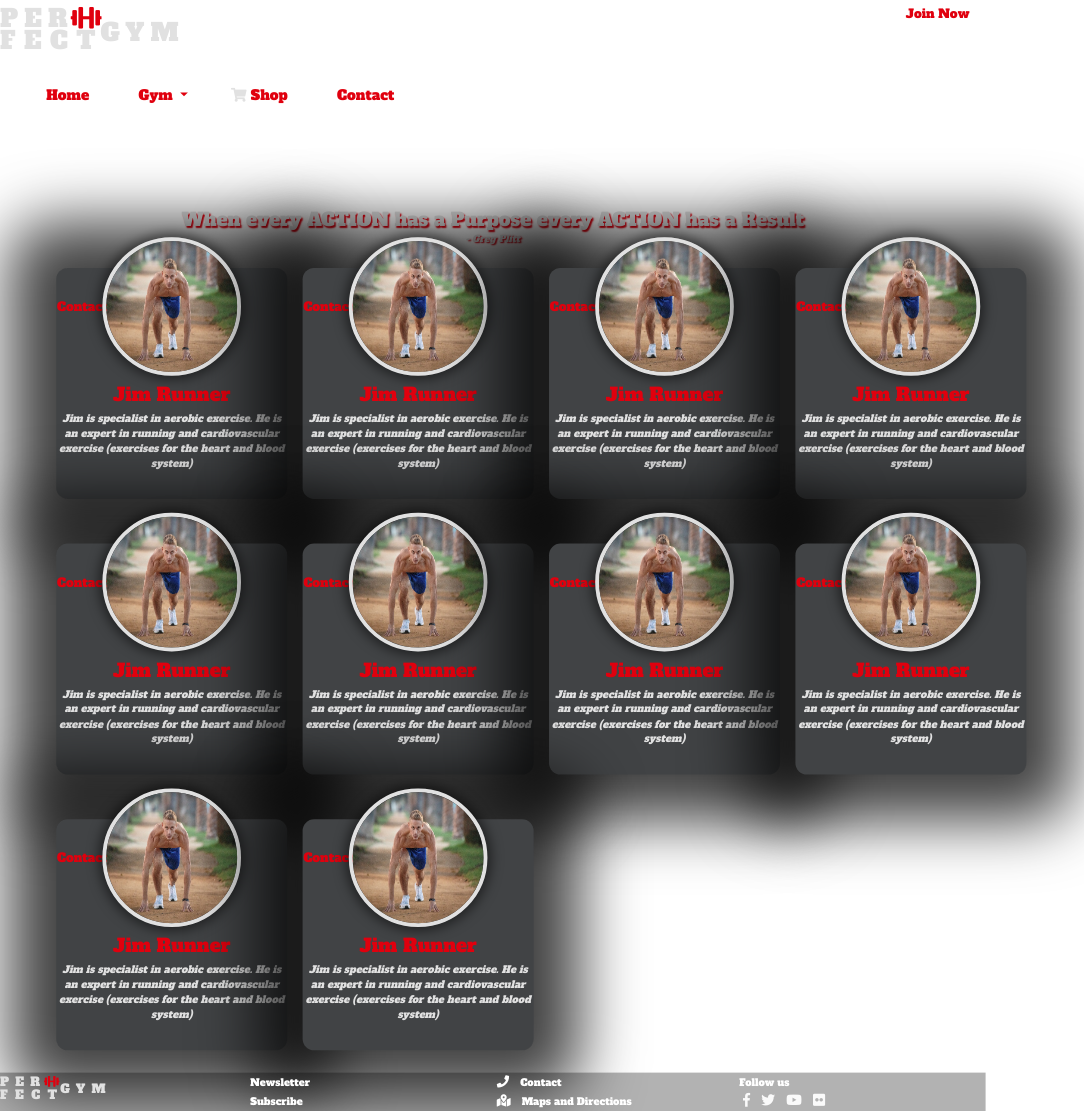
Repository: meghdadyazdi/UCFD-Milestone
Page: activities.html
The author's editor kept a record of every edit. The page is drawn from the files as they stood at one moment, then again after the next edit.
The browser window is 1280 px wide. The page is 1408 px wide, so the pictures cover 1408 px, including what lies to the right of the window. The pictures show the whole page, at 77% of full size.
Some web libraries are served in a nearby version.

Above is the page before.

After the next edit:
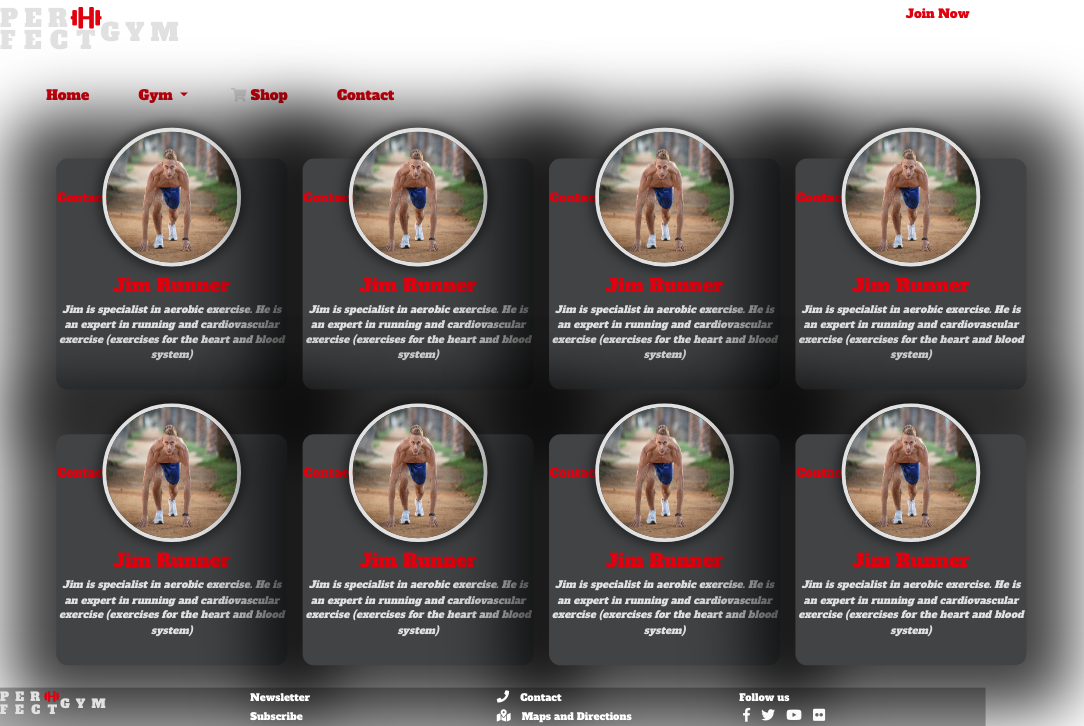
The edit:
--- a/activities.html
+++ b/activities.html
@@ -66,50 +66,9 @@
     <!--/Navbar-->
 
 
-
-    <!--slogan-->
-    <div class="row container-fluid p-0 m-0">
-        <div class="col-12">
-            <section class="container-index">
-                <h2 class="main-font slogan">
-                    When every ACTION has a Purpose every ACTION has a Result
-                </h2>
-                <p class="main-font gp">
-                    - Greg Plitt
-                </p>
-
-
-
-            </section>
-        </div>
-    </div>
-    <!--/slogan-->
-
-
-
 <section>
     <div class="row m-0 p-0">
-        <div class="col-6 col-md-4 col-lg-3">
-            <div class="box">
-                    <img src="images/trainer1.jpg" class="trainer"></img>
-                    <h2>Jim Runner</h2>
-                    <p class="">
-                        Jim is specialist in aerobic exercise. He is an expert in running and cardiovascular exercise (exercises for the heart and blood system)
-                    </p>
-                    <a href="#" class="btn p-0 m-0" data-toggle="modal" data-target="#join-us-modal">Contact him</a>
-                </div>
-        </div>
-        <div class="col-6 col-md-4 col-lg-3">
-            <div class="box">
-                    <img src="images/trainer1.jpg" class="trainer"></img>
-                    <h2>Jim Runner</h2>
-                    <p class="">
-                        Jim is specialist in aerobic exercise. He is an expert in running and cardiovascular exercise (exercises for the heart and blood system)
-                    </p>
-                    <a href="#" class="btn p-0 m-0" data-toggle="modal" data-target="#join-us-modal">Contact him</a>
-                </div>
-        </div>
-        <div class="col-6 col-md-4 col-lg-3">
+        <div class="col-6 col-md-4 col-lg-3 box-activity">
             <div class="box">
                     <img src="images/trainer1.jpg" class="trainer"></img>
                     <h2>Jim Runner</h2>
